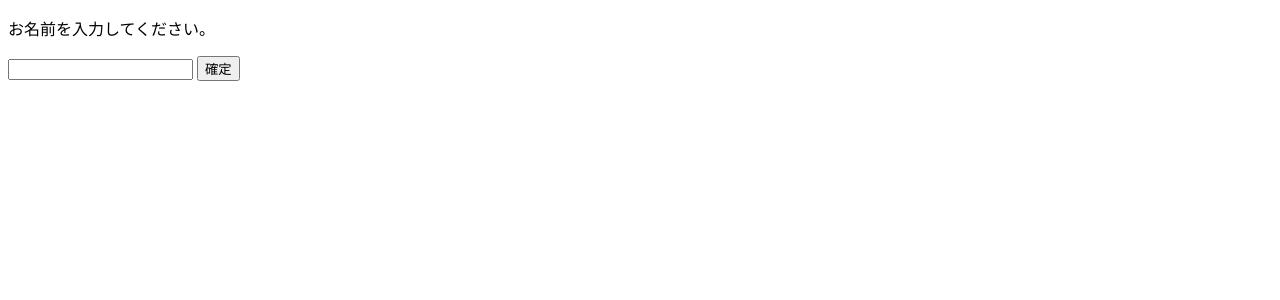
Repository: sinrisjp/test
Page: http://localhost/HelloJSP/
The author's editor kept a copy of each file at every save. The page is drawn from the files as they stood at one save, then again after the next save.
The browser window is 1280 px wide. The pictures show the whole page.
The page is served by Tomcat 9.

Above is the page before, as saved 2018-10-24 08:52:58.

After the next save:
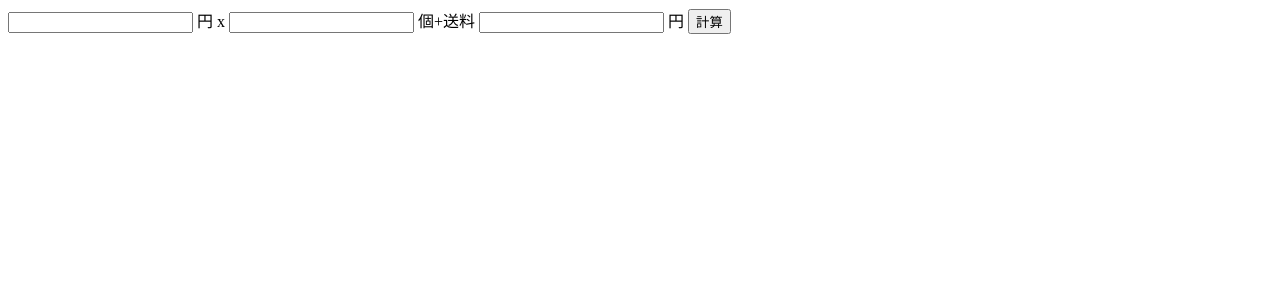
Saved 5 min 10 s later.
--- a/HelloJSP/WebContent/index.jsp
+++ b/HelloJSP/WebContent/index.jsp
@@ -8,10 +8,14 @@
 </head>
 <body>
 
-<p>お名前を入力してください。</p>
-<form method="post" action="greeting-out.jsp">
-<input type="text" name="user">
-<input type="submit" value="確定">
+<form method="post" action="total-out.jsp">
+<input type="text" name="price">
+円 x
+<input type="text" name="count">
+個+送料
+<input type="text" name="delivery">
+円
+<input type="submit" value="計算">
 </form>
 </body>
 </html>
